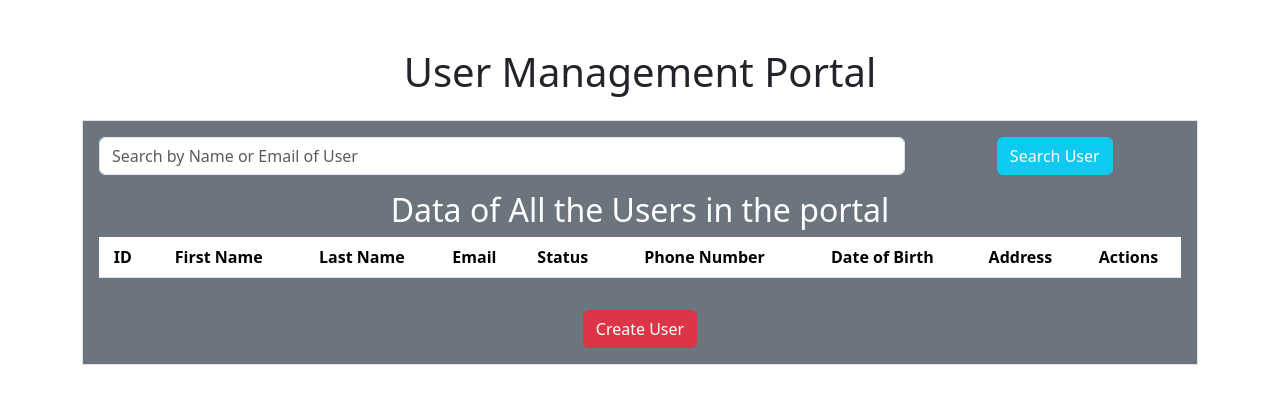
Repository: nairshreejith/reactstudent3
Page: /
An editor plug-in stored every save of this project. The page is shown before and after the next save, followed by the edit.
The browser window is 1280 px wide. The pictures show the whole page.
The page's requests for data from a server got no answer. The project was rebuilt for these pictures with package versions that can differ from the ones it lists, and the page was loaded fresh each time. No one was signed in, and anything a server would have sent is missing.

Above is the page before, as saved 2023-09-16 23:42:36.

After the next save:
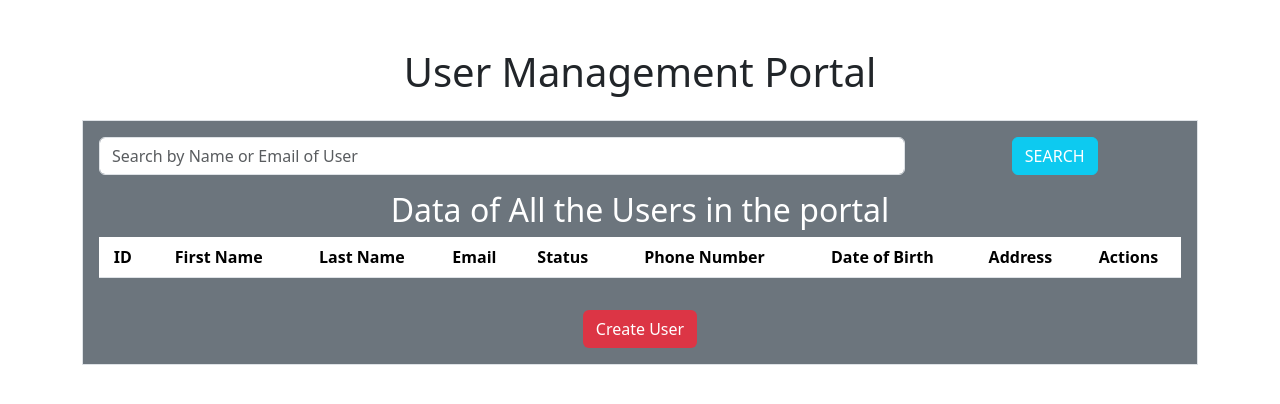
Saved 16 s later.
--- a/src/App.js
+++ b/src/App.js
@@ -87,7 +87,7 @@ function App() {
               <input type="text" className="form-control" placeholder="Search by Name or Email of User" value={searchTerm} onChange={(e) => setSearchTerm(e.target.value)} />
             </div>
             <div className="col-md-3">
-              <button className="btn btn-info text-white" onClick={handleSearch}>Search User</button>
+              <button className="btn btn-info text-white" onClick={handleSearch}>SEARCH</button>
             </div>
           </div>
         </div>
